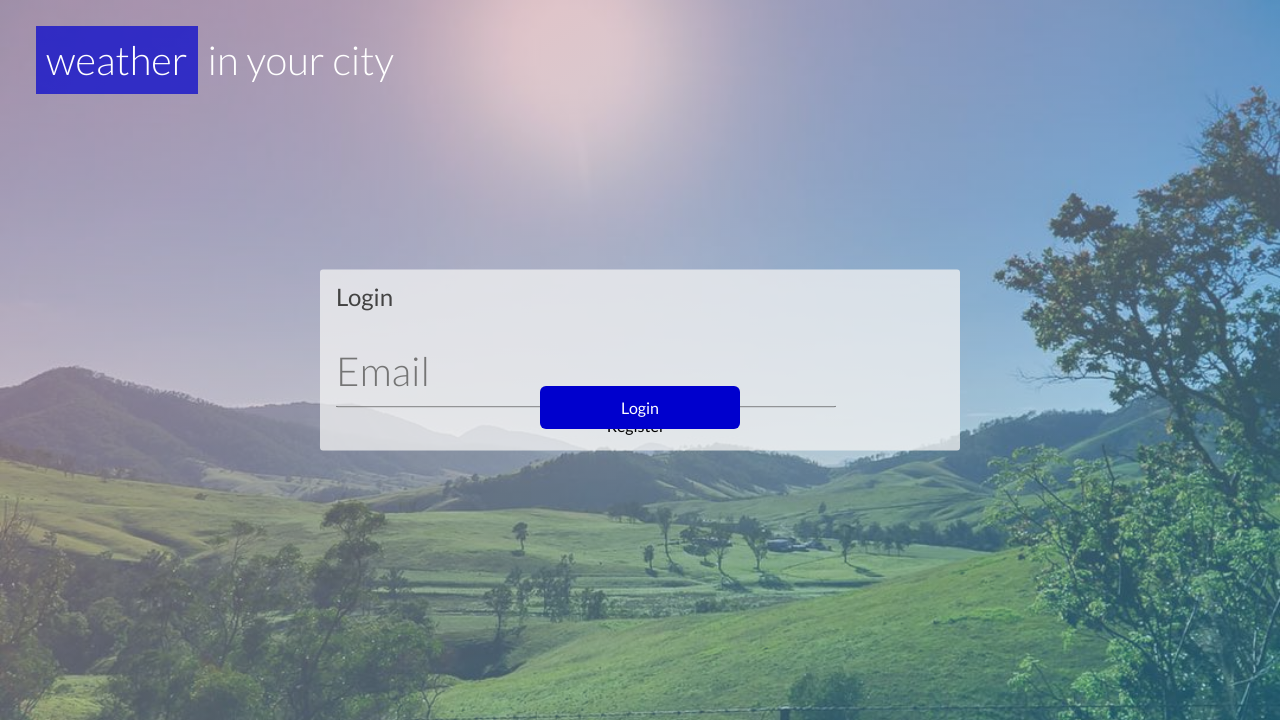
Repository: nosplashurinal/weather-app
Page: /, after clicking the first element matching `button.next`
These files come from the project's save history. The page is drawn as it stood at one moment and after the next save; the edit follows.
The browser window is 1280 px wide. The pictures show the whole page.
The project was rebuilt for these pictures with package versions that can differ from the ones it lists, and the page was loaded fresh each time. Also part of the build but not shown: src/components/RecentSearches.vue, src/components/Search.vue, src/components/WeatherDataBlock.vue.

Above is the page before, as saved 2018-12-31 17:53:53.

After the next save:
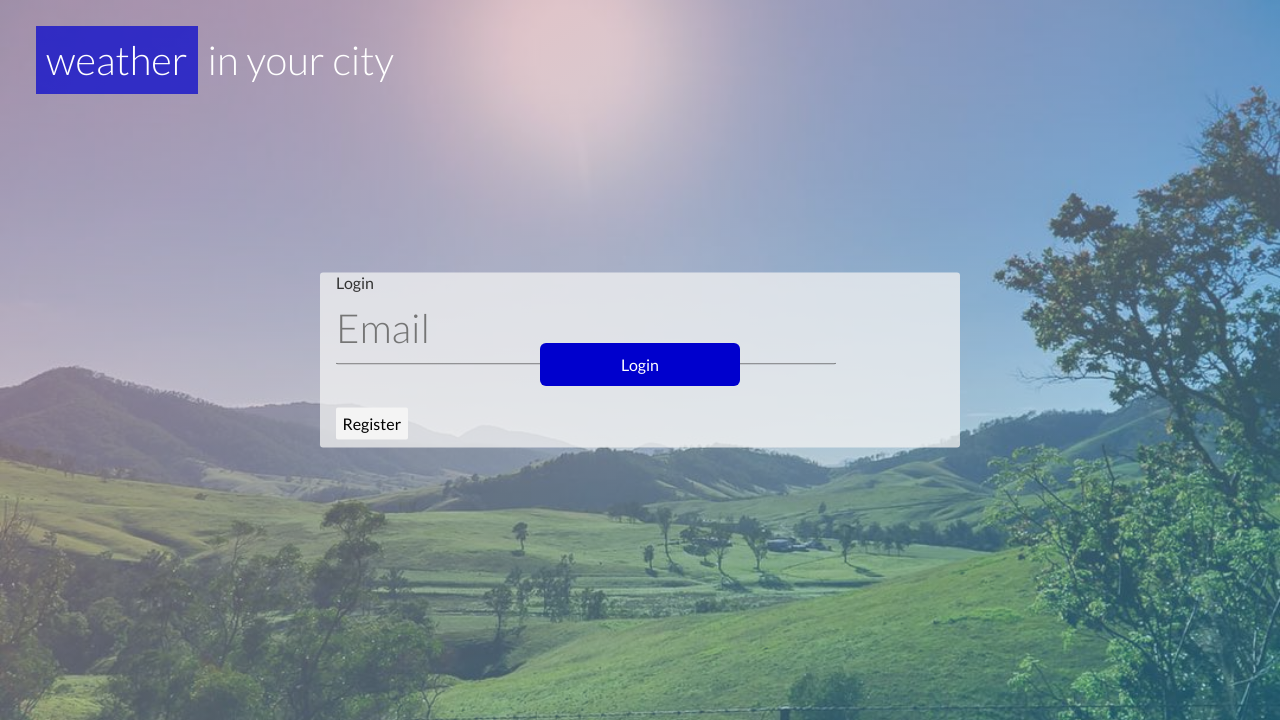
Saved 33 s later.
--- a/src/components/Login.vue
+++ b/src/components/Login.vue
@@ -1,7 +1,7 @@
 <template>
   <div class="login">
+    <p>Login</p>
     <div class="login-container">
-      <p>Login</p>
       <input
         ref="loginInput"
         autocomplete="off"
@@ -12,10 +12,13 @@
         placeholder="Email"
         v-on:keypress="onKeyPress"
       >
-      <p v-if="isLoginError" class="error-message">Oops, we could not find you. Try again or register.</p>
+      <p
+        v-if="isLoginError"
+        class="error-message"
+      >Oops, we could not find you. Try again or register.</p>
       <button type="button" v-on:click="onClickLogin" class="login">Login</button>
-      <button v-on:click="openRegistration" class="register-button">Register</button>
     </div>
+    <button v-on:click="openRegistration" class="register-button">Register</button>
   </div>
 </template>
 <script>
